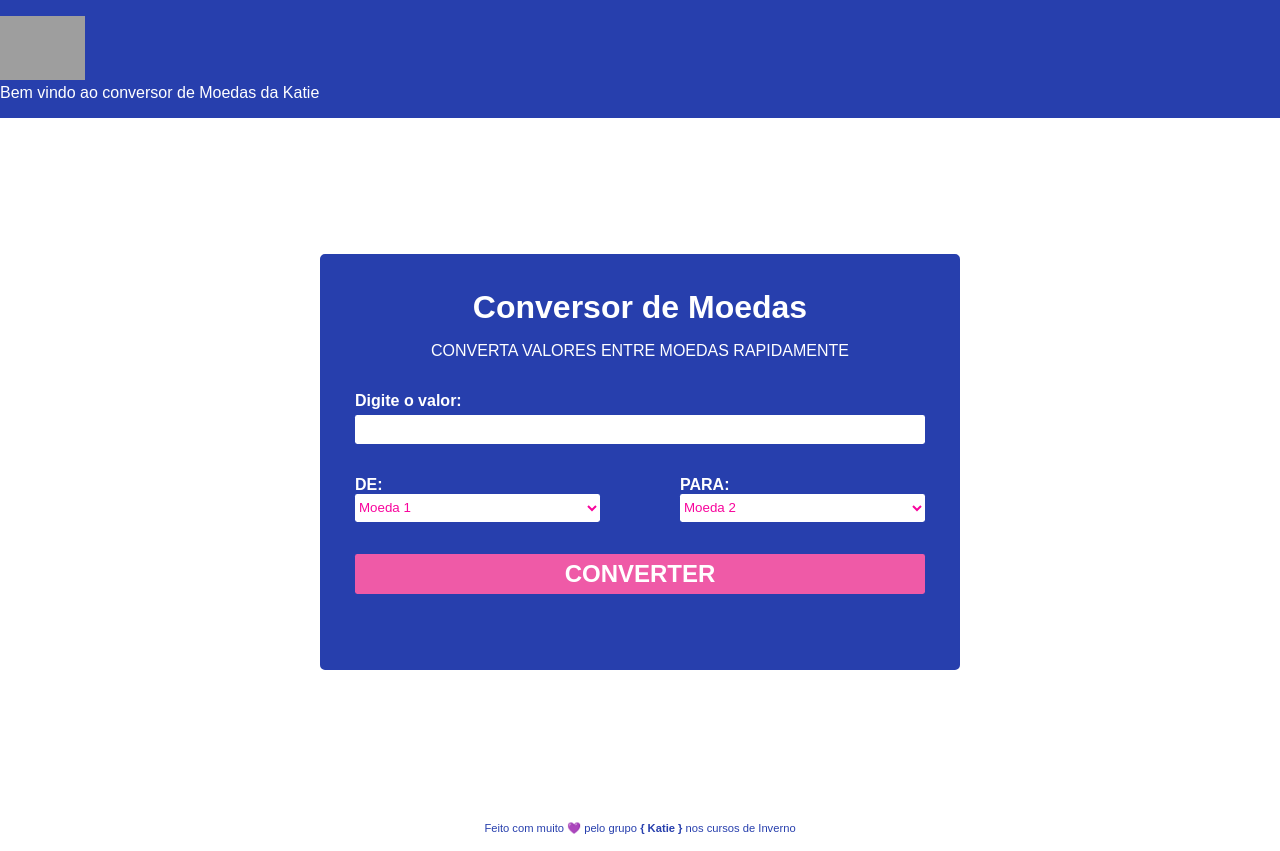
Repository: willamesalmeida/Conversor-de-Moedas
Page: index.html
These files come from the project's save history. The page is drawn as it stood at one moment and after the next save; the edit follows.
The browser window is 1280 px wide. The pictures show the whole page.
Pictures or frames that could not be fetched are drawn as grey boxes.

Above is the page before, as saved 2022-08-07 13:58:35.

After the next save:
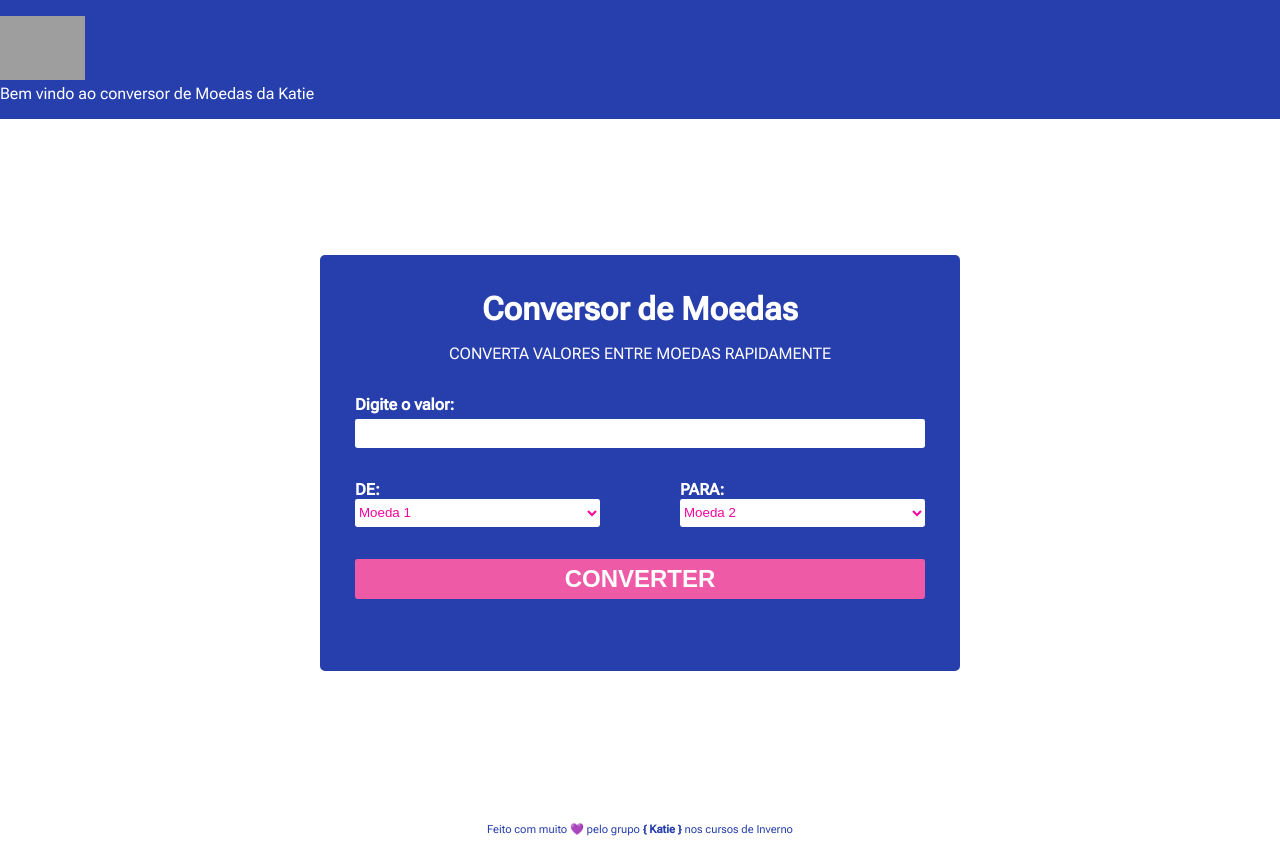
Saved 4 min 22 s later.
--- a/global.css
+++ b/global.css
@@ -1,3 +1,4 @@
+@import url('https://fonts.googleapis.com/css2?family=Roboto+Flex:opsz,wght@8..144,400;8..144,500&family=Roboto:ital,wght@0,100;0,300;0,400;0,500;0,700;0,900;1,100;1,300;1,400;1,500;1,700;1,900&display=swap');
 :root {
   --rosa-katie: #f8049c;
   --amarelo-katie: #fdd54f;
@@ -14,6 +15,7 @@
 }
 
 body {
-  font: 16px Arial, sans-serif;
+  font-family: 'Roboto', sans-serif;
+font-family: 'Roboto Flex', sans-serif;
   color: #ffffff;
 }
